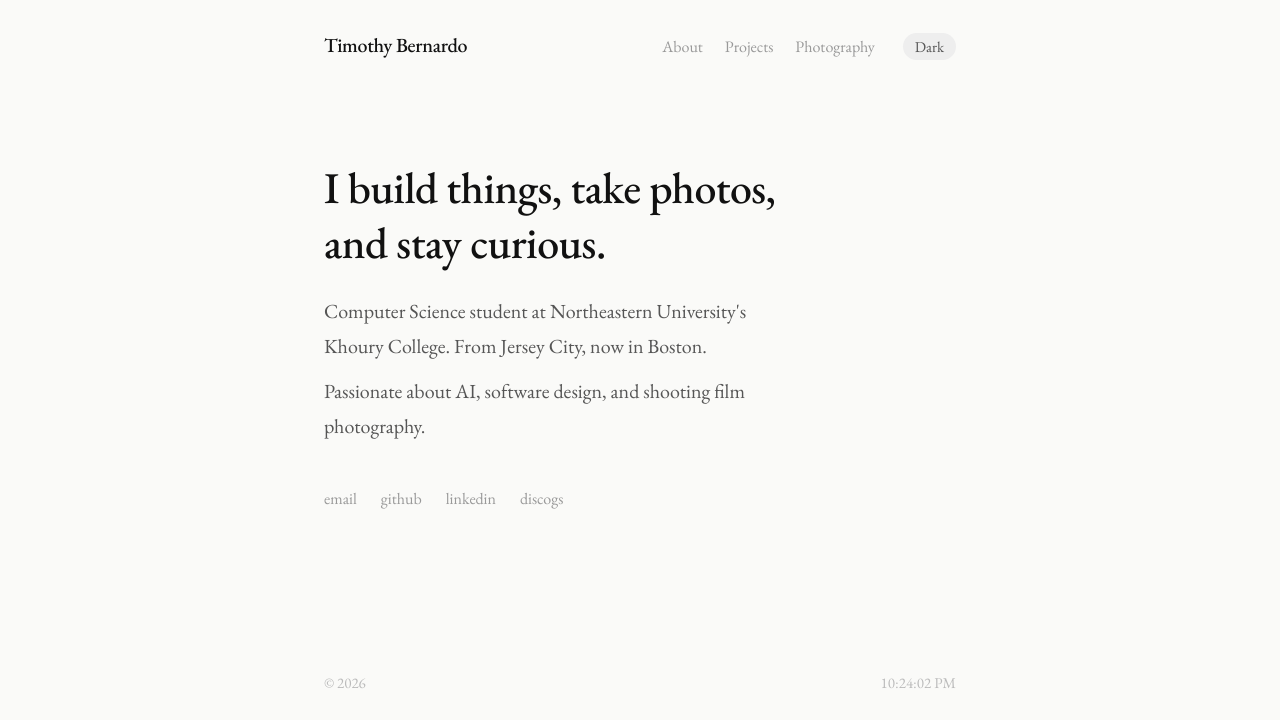
Repository: timothybernardo/portfolio
Page: /
An editor plug-in stored every save of this project. The page is shown before and after a run of saves, followed by the edit.
The browser window is 1280 px wide. The pictures show the whole page.
The project was rebuilt for these pictures with package versions that can differ from the ones it lists, and the page was loaded fresh each time. Also part of the build but not shown: src/data/experience.js, src/pages/About.jsx, src/data/projects.js, src/pages/Projects.jsx, src/data/photos.js, src/components/PhotoCard.jsx, src/pages/Photography.jsx.

Above is the page before, as saved 2026-03-07 22:33:30.

### public/index.html
<!DOCTYPE html>
<html lang="en">
<head>
  <meta charset="UTF-8" />
  <meta name="viewport" content="width=device-width, initial-scale=1.0" />
  <title>Timothy Bernardo</title>
  <link href="https://fonts.googleapis.com/css2?family=EB+Garamond:ital,wght@0,400;0,500;0,600;0,700;1,400&display=swap" rel="stylesheet" />
</head>
<body>
  <div id="root"></div>
</body>
</html>

### src/index.js
import React from "react";
import ReactDOM from "react-dom/client";
import { BrowserRouter } from "react-router-dom";
import App from "./App";
import "./index.css";

const root = ReactDOM.createRoot(document.getElementById("root"));
root.render(
  <React.StrictMode>
    <BrowserRouter>
      <App />
    </BrowserRouter>
  </React.StrictMode>
);

### src/App.jsx
import { useState } from "react";
import { Routes, Route } from "react-router-dom";
import { themes, serif } from "./theme";
import Header from "./components/Header";
import Footer from "./components/Footer";
import Home from "./pages/Home";
import About from "./pages/About";
import Projects from "./pages/Projects";
import Photography from "./pages/Photography";

export default function App() {
  const [dark, setDark] = useState(false);
  const theme = dark ? themes.dark : themes.light;

  return (
    <div
      style={{
        fontFamily: serif,
        color: theme.text,
        minHeight: "100vh",
        background: theme.bg,
        display: "flex",
        flexDirection: "column",
        transition: "background 0.3s, color 0.3s",
      }}
    >
      <Header theme={theme} isDark={dark} onToggle={() => setDark(!dark)} />

      <main style={{ maxWidth: 680, width: "100%", margin: "0 auto", padding: "0 24px 100px", flex: 1 }}>
        <Routes>
          <Route path="/" element={<Home theme={theme} />} />
          <Route path="/about" element={<About theme={theme} />} />
          <Route path="/projects" element={<Projects theme={theme} />} />
          <Route path="/photography" element={<Photography theme={theme} />} />
          <Route path="/photography/:id" element={<Photography theme={theme} />} />
        </Routes>
      </main>

      <Footer theme={theme} />
    </div>
  );
}

### src/index.css
* {
  margin: 0;
  padding: 0;
  box-sizing: border-box;
}

body {
  -webkit-font-smoothing: antialiased;
  -moz-osx-font-smoothing: grayscale;
}

a {
  text-decoration: none;
  color: inherit;
}

### src/theme.js
export const serif = "'EB Garamond', Georgia, 'Times New Roman', serif";

export const themes = {
  light: {
    bg: "#fafaf8",
    text: "#111",
    sub: "#555",
    muted: "#999",
    faint: "#bbb",
    border: "#ece9e5",
    pill: "#111",
    pillT: "#fff",
    pillB: "#ddd",
    badge: "rgba(255,255,255,0.3)",
    toggle: "#eee",
    toggleTxt: "#555",
  },
  dark: {
    bg: "#131313",
    text: "#e4e0da",
    sub: "#a09a93",
    muted: "#6b665f",
    faint: "#4a4640",
    border: "#282624",
    pill: "#e4e0da",
    pillT: "#131313",
    pillB: "#383530",
    badge: "rgba(255,255,255,0.18)",
    toggle: "#282624",
    toggleTxt: "#a09a93",
  },
};

### src/components/Header.jsx
import { Link, useLocation } from "react-router-dom";
import { serif } from "../theme";

const links = [
  { path: "/about", label: "About" },
  { path: "/projects", label: "Projects" },
  { path: "/photography", label: "Photography" },
];

export default function Header({ theme, onToggle, isDark }) {
  const { pathname } = useLocation();

  return (
    <header
      style={{
        maxWidth: 680,
        width: "100%",
        margin: "0 auto",
        padding: "32px 24px 0",
        display: "flex",
        justifyContent: "space-between",
        alignItems: "baseline",
        fontFamily: serif,
      }}
    >
      <Link to="/" style={{ fontWeight: 500, fontSize: 20, letterSpacing: "-0.3px" }}>
        Timothy Bernardo
      </Link>

      <nav style={{ display: "flex", gap: 22, alignItems: "baseline" }}>
        {links.map(({ path, label }) => (
          <Link
            key={path}
            to={path}
            style={{
              fontSize: 16,
              color: pathname === path ? theme.text : theme.muted,
              paddingBottom: 2,
              borderBottom:
                pathname === path
                  ? `1.5px solid ${theme.text}`
                  : "1.5px solid transparent",
            }}
          >
            {label}
          </Link>
        ))}
        <span
          onClick={onToggle}
          style={{
            fontFamily: serif,
            fontSize: 15,
            cursor: "pointer",
            padding: "4px 12px",
            borderRadius: 14,
            background: theme.toggle,
            color: theme.toggleTxt,
            marginLeft: 6,
            userSelect: "none",
          }}
        >
          {isDark ? "Light" : "Dark"}
        </span>
      </nav>
    </header>
  );
}

### src/components/Footer.jsx
import Clock from "./Clock";
import { serif } from "../theme";

export default function Footer({ theme }) {
  return (
    <footer
      style={{
        maxWidth: 680,
        width: "100%",
        margin: "0 auto",
        padding: "20px 24px 28px",
        fontSize: 15,
        color: theme.faint,
        display: "flex",
        justifyContent: "space-between",
        alignItems: "center",
        fontFamily: serif,
      }}
    >
      <span>&copy; 2026</span>
      <Clock color={theme.faint} />
    </footer>
  );
}

### src/pages/Home.jsx
import { serif } from "../theme";

const links = [
  { label: "email", href: "mailto:bernardo.t@northeastern.edu" },
  { label: "github", href: "https://github.com/timothybernardo" },
  { label: "linkedin", href: "https://www.linkedin.com/in/timothybernardo/" },
  { label: "discogs", href: "https://www.discogs.com/user/timrthy" },
];

export default function Home({ theme }) {
  return (
    <div style={{ marginTop: 100, fontFamily: serif }}>
      <h1
        style={{
          fontSize: 44,
          fontWeight: 500,
          lineHeight: 1.25,
          letterSpacing: "-0.5px",
          marginBottom: 24,
        }}
      >
        I build things, take photos,
        <br />
        and stay curious.
      </h1>
      <p style={{ fontSize: 20, color: theme.sub, lineHeight: 1.75, maxWidth: 480, marginBottom: 10 }}>
        Computer Science student at Northeastern University's Khoury College. From Jersey City, now in Boston.
      </p>
      <p style={{ fontSize: 20, color: theme.sub, lineHeight: 1.75, maxWidth: 480, marginBottom: 44 }}>
        Passionate about AI, software design, and shooting film photography.
      </p>
      <div style={{ display: "flex", gap: 24 }}>
        {links.map(({ label, href }, i) => (
          <a
            key={i}
            href={href}
            target="_blank"
            rel="noopener noreferrer"
            style={{ fontSize: 16, color: theme.muted, transition: "color 0.15s" }}
            onMouseEnter={(e) => (e.currentTarget.style.color = theme.text)}
            onMouseLeave={(e) => (e.currentTarget.style.color = theme.muted)}
          >
            {label}
          </a>
        ))}
      </div>
    </div>
  );
}

### src/components/Clock.jsx
import { useState, useEffect } from "react";

export default function Clock({ color }) {
  const [time, setTime] = useState(new Date());

  useEffect(() => {
    const interval = setInterval(() => setTime(new Date()), 1000);
    return () => clearInterval(interval);
  }, []);

  return (
    <span style={{ color }}>
      {time.toLocaleTimeString("en-US", {
        hour: "2-digit",
        minute: "2-digit",
        second: "2-digit",
      })}
    </span>
  );
}

After the next 2 saves:
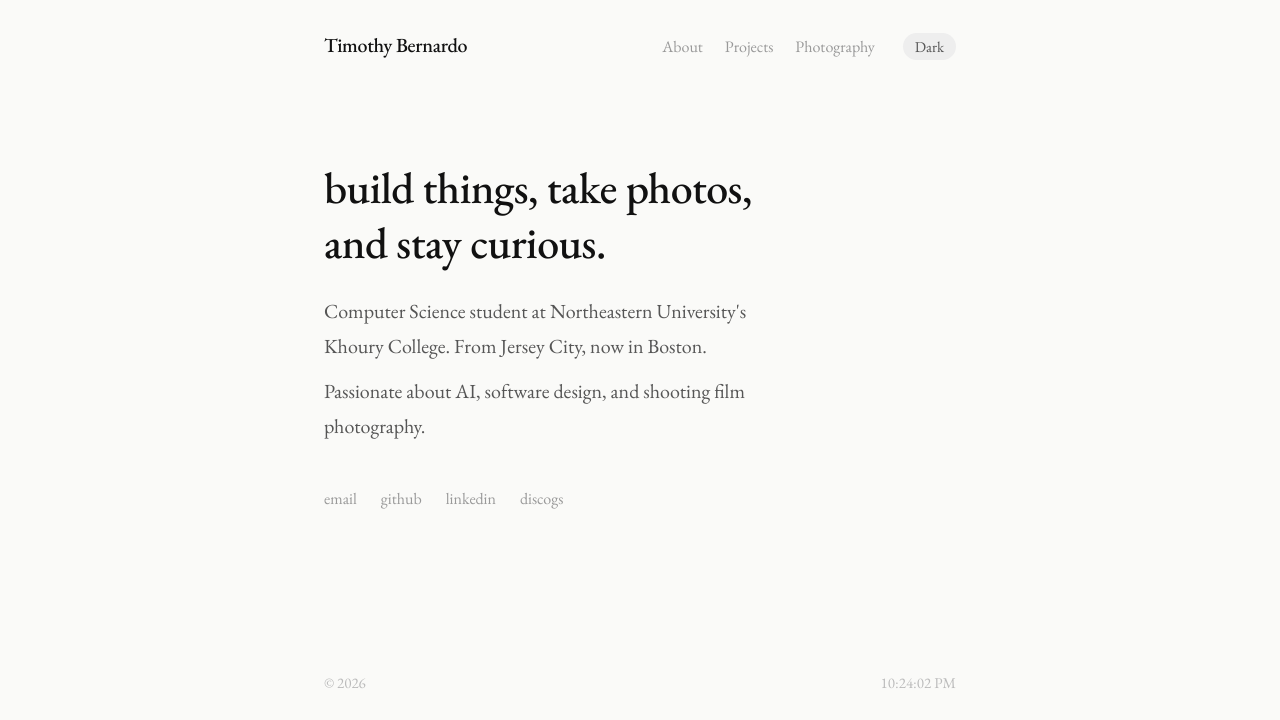
The 2 saves are shown as one change because they came seconds apart.
The last was saved 73 s later.
--- a/src/pages/Home.jsx
+++ b/src/pages/Home.jsx
@@ -19,7 +19,7 @@ export default function Home({ theme }) {
           marginBottom: 24,
         }}
       >
-        I build things, take photos,
+         build things, take photos,
         <br />
         and stay curious.
       </h1>
